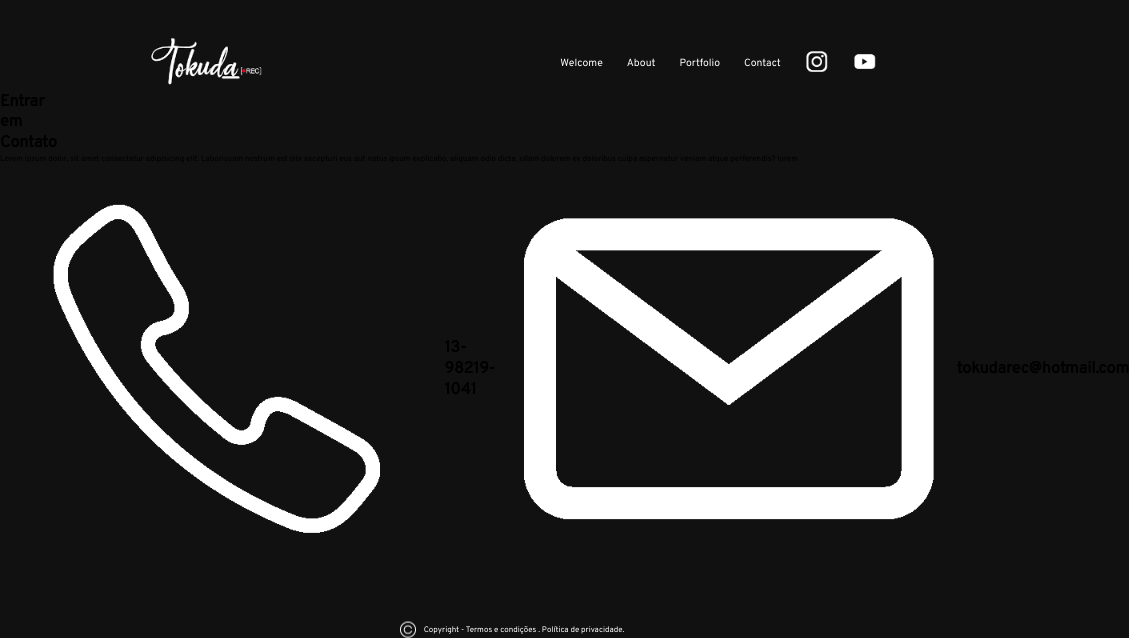
Repository: Lucasbeze/Project-FilmMaker
Page: projeto-alex/pages/contact.html
The author's editor kept a copy of each file at every save. The page is drawn from the files as they stood at one save, then again after the next save.
The browser window is 1280 px wide. The page is 1411 px wide, then 1280 px, so the pictures cover 1411 px, including what lies to the right of the window. The pictures show the whole page, at 80% of full size.

Above is the page before, as saved 2022-08-26 16:27:45.

After the next save:
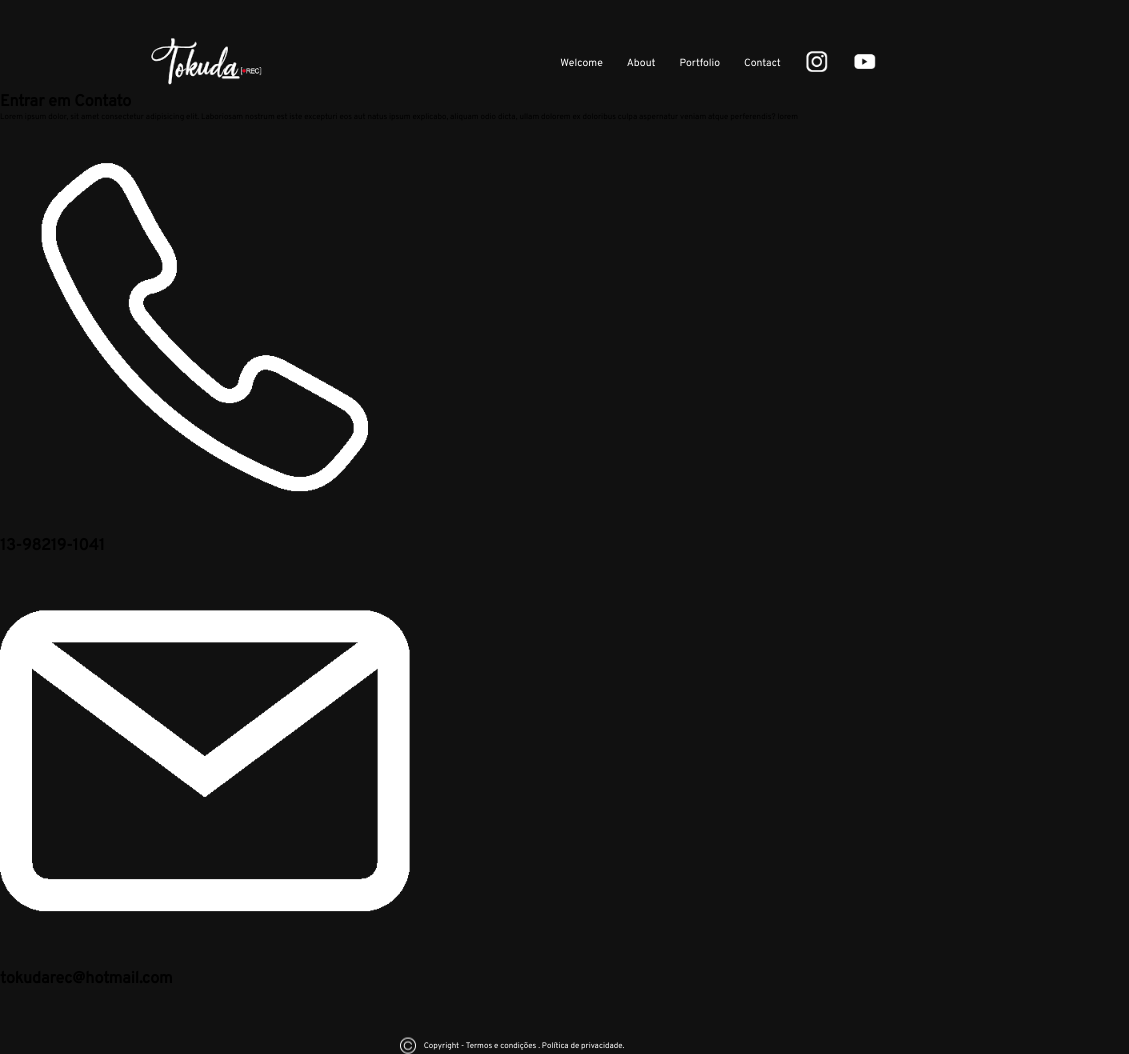
Saved 12 s later.
--- a/projeto-alex/css/contact.css
+++ b/projeto-alex/css/contact.css
@@ -37,43 +37,7 @@ header nav a {
 header nav img {
   width: 30px;
 }
-main .legend{
-  color: var(--text-color);
-  margin-top: 7rem;
-  display: flex;
-  text-align: center;
-  flex-direction: column;
-  align-items: center;
-  gap: 5rem;
-}
-.legend h1 {
-  font-size: 2rem;
-}
-.legend p {
-  margin: 0 30rem;
-  font-size:1rem;
-}
-.info {
-  display: flex;
-  align-items:center;
-  justify-content: space-around;
-}
-.tel {
-  text-align: center;
 
-  color: var(--text-color);
-  font-size: 2.5rem;
-}
-.email {
-  color: var(--text-color);
-  font-size: 2.5rem;
-}
-main .tel img,h1{
-  width: 70px;
-}
-main .email img{
-  width:70px;
-}
 footer{
   margin-top: 6rem;
   display:flex;
